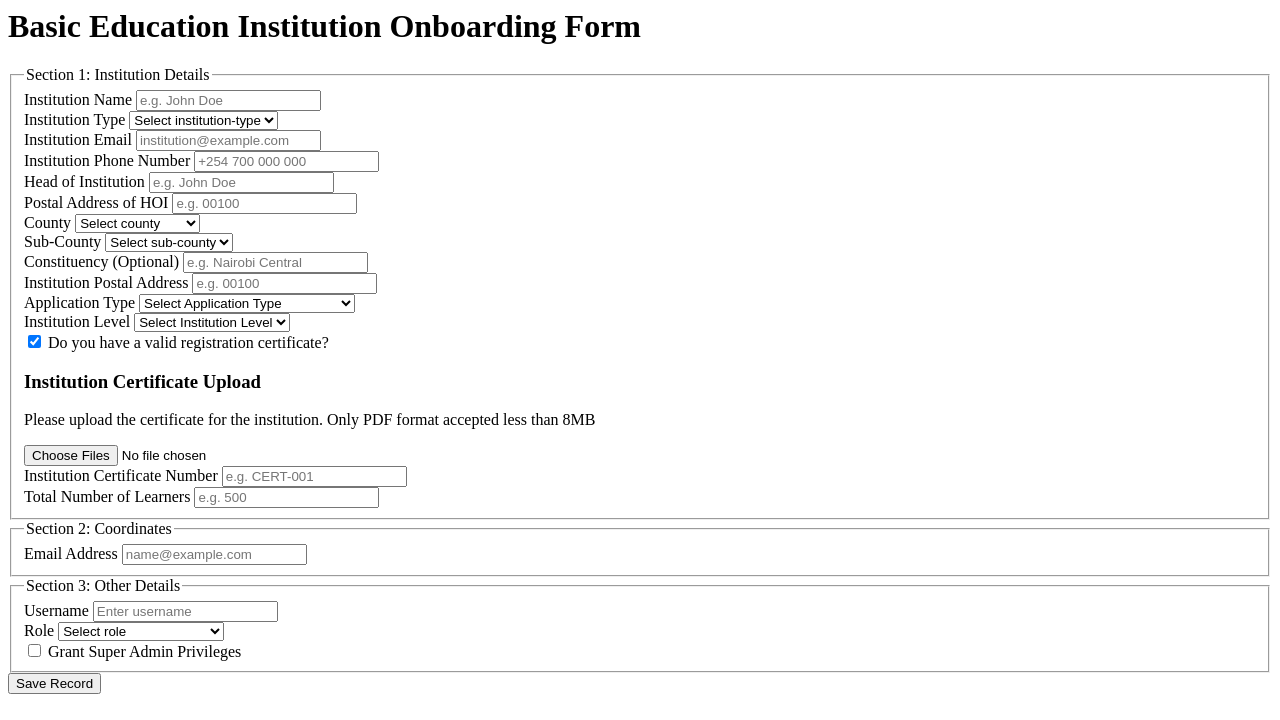
Repository: ndirituart/KEMIS
Page: angular-client/src/app/pages/basic-education/basic-education.html
These files come from the project's save history. The page is drawn as it stood at one moment and after the next save; the edit follows.
The browser window is 1280 px wide. The pictures show the whole page.

Above is the page before, as saved 2026-10-20 21:43:09.

After the next save:
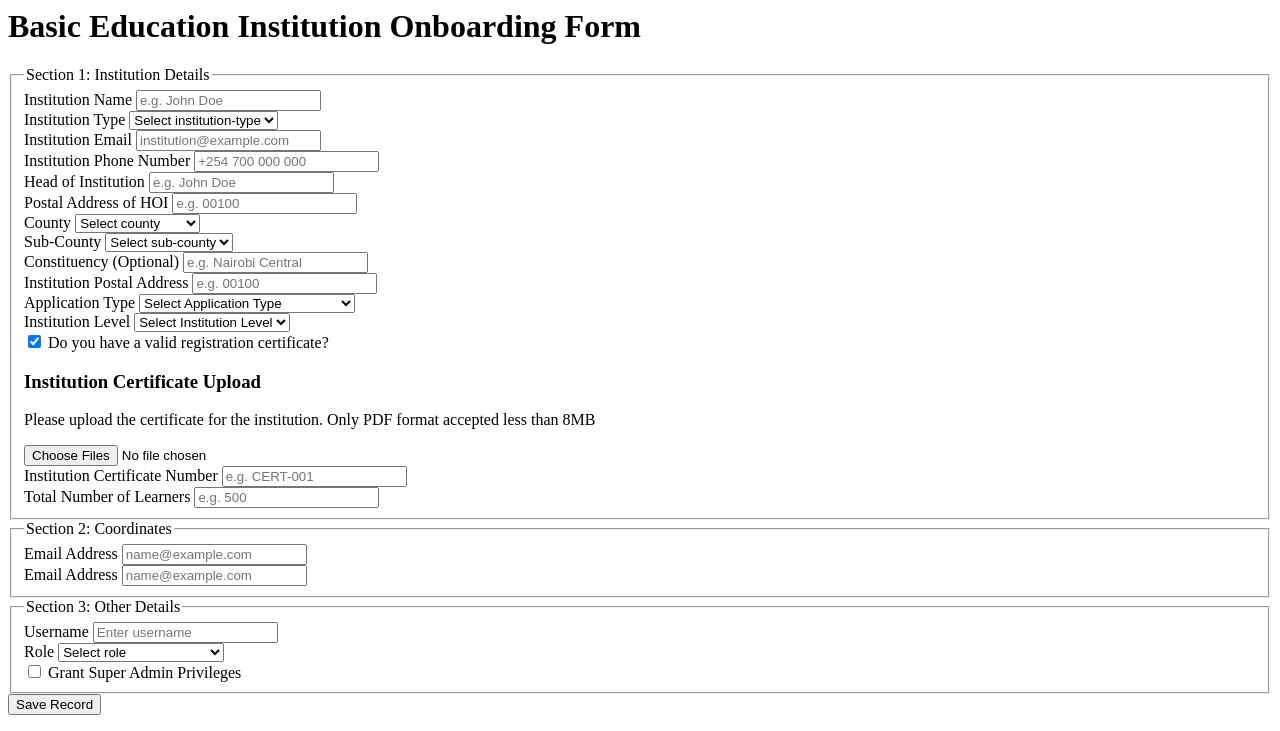
Saved 11 s later.
--- a/angular-client/src/app/pages/basic-education/basic-education.html
+++ b/angular-client/src/app/pages/basic-education/basic-education.html
@@ -192,6 +192,12 @@
         <input type="emailId" class="form-control" id="emailId" name="emailId" placeholder="name@example.com" required>
       </div>
 
+      <!-- Text Input -->
+      <div class="col-md-6">
+        <label for="emailId" class="form-label fw-semibold">Email Address</label>
+        <input type="emailId" class="form-control" id="emailId" name="emailId" placeholder="name@example.com" required>
+      </div>
+
 
     </div>
   </fieldset>
